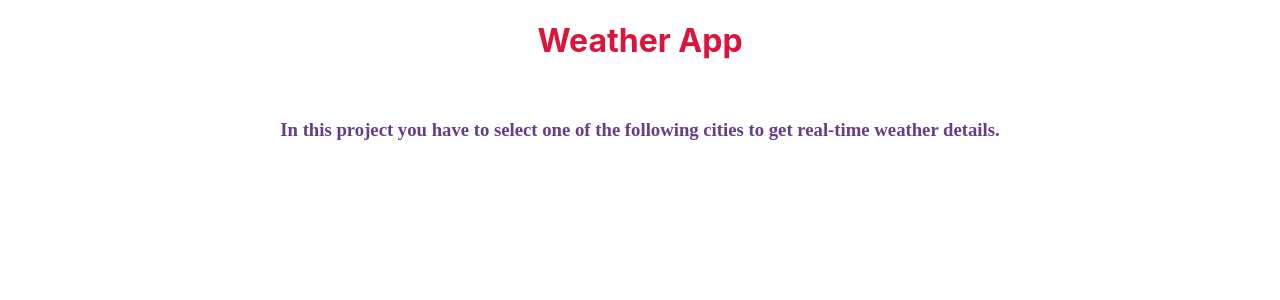
Repository: AalokJadhav/Weather_Website
Page: welcome.html
These files come from the project's save history. The page is drawn as it stood at one moment and after the next save; the edit follows.
The browser window is 1280 px wide. The pictures show the whole page.

Above is the page before, as saved 2020-11-03 07:59:52.

After the next save:
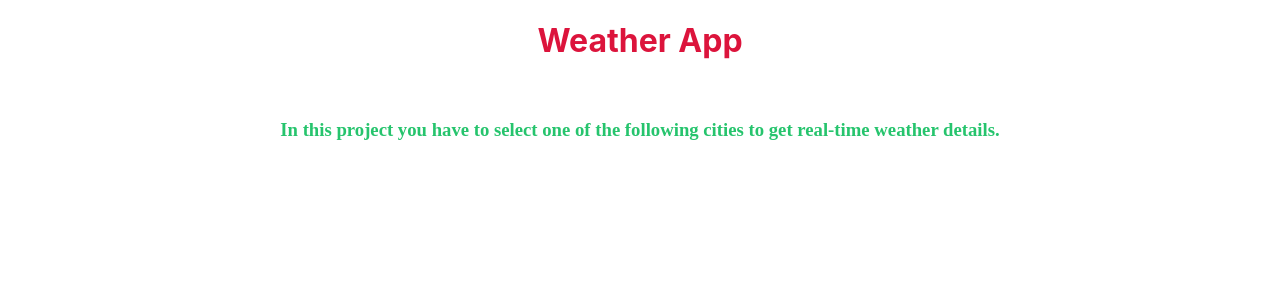
Saved 17 s later.
--- a/welcome.html
+++ b/welcome.html
@@ -9,7 +9,7 @@
     <h1 style="font-family:-apple-system, BlinkMacSystemFont, 'Segoe UI', Roboto, Oxygen, Ubuntu, Cantarell, 'Open Sans', 'Helvetica Neue', sans-serif; color: crimson;text-align: center;"> Weather App</h1>
     <br>
     <h3>
-        <p style="color: rgb(103, 61, 138);">
+        <p style="color: rgb(38, 196, 109);">
         In this project you have to select one of the following cities to get real-time weather details.
     </p>
     </h3>
